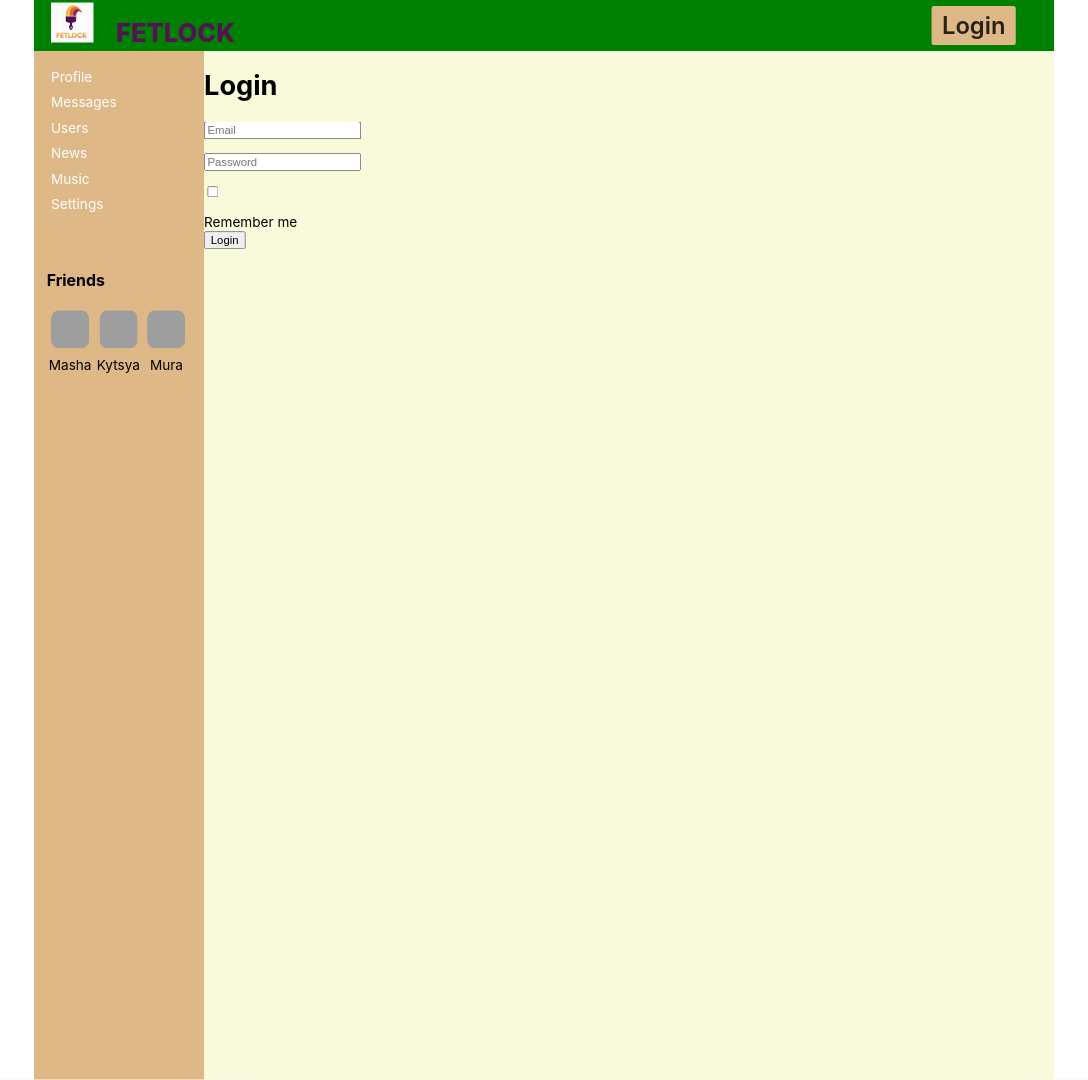
Repository: tetianatsymbal/react-way-of-samurai
Page: /login
The author's editor kept a copy of each file at every save. The page is drawn from the files as they stood at one save, then again after the next save.
The browser window is 1280 px wide. The pictures show the whole page, at 85% of full size.
Pictures or frames that could not be fetched are drawn as grey boxes. The page's requests for data from a server got no answer. The project was rebuilt for these pictures with package versions that can differ from the ones it lists, and the page was loaded fresh each time. No one was signed in, and anything a server would have sent is missing. Also part of the build but not shown: src/hoc/withAuthRedirect.js, src/components/Dialogs/Dialogs.module.css, src/components/Dialogs/DialogItem/DialogItem.module.css, src/components/Dialogs/DialogItem/DialogItem.jsx, src/components/Dialogs/Message/Message.module.css, src/components/Dialogs/Message/Message.jsx, src/components/Dialogs/AddMessageForm/AddMessageForm.module.css, src/components/Dialogs/AddMessageForm/AddMessageForm.jsx and 19 more.

Above is the page before, as saved 2022-08-22 13:38:49.

### src/index.js
import * as serviceWorker from "./serviceWorker";
import store from "./redux/redux-store";
import React from "react";
import ReactDOM from "react-dom";
import "./index.css";
import App from "./App";
import { BrowserRouter } from "react-router-dom";
import { Provider } from "react-redux";

ReactDOM.render(
  <BrowserRouter>
    <Provider store={store}>
      <App/>
    </Provider>
  </BrowserRouter>,
  document.getElementById("root")
);

// If you want your app to work offline and load faster, you can change
// unregister() to register() below. Note this comes with some pitfalls.
// Learn more about service workers: http://bit.ly/CRA-PWA
serviceWorker.unregister();

### src/redux/redux-store.js
import { applyMiddleware, combineReducers, legacy_createStore as createStore } from "redux";
import profileReducer from "./profile-reducer";
import dialogsReducer from "./dialogs-reducer";
import sidebarReducer from "./sidebar-reducer";
import usersReducer from "./users-reducer";
import authReducer from "./auth-reducer";
import thunkMiddleware from "redux-thunk";
import { reducer as formReducer } from 'redux-form';

let reducers = combineReducers({
   profilePage: profileReducer,
   dialogsPage: dialogsReducer,
   sidebar: sidebarReducer,
   usersPage: usersReducer,
   auth: authReducer,
   form: formReducer,
});
let store = createStore(reducers, applyMiddleware(thunkMiddleware));

window.store =store;

export default store;

### src/App.js
import React from "react";
import "./App.css";
import DialogsContainer from "./components/Dialogs/DialogsContainer";
import HeaderContainer from "./components/Header/HeaderContainer";
import Music from "./components/Music/Music";
import Navbar from "./components/Navbar/Navbar";
import News from "./components/News/News";
import Settings from "./components/Settings/Settings";
import SidebarContainer from "./components/Sidebar/SidebarContainer";
import UsersContainer from "./components/Users/UsersContainer";
import { Route, Routes } from "react-router-dom";
import ProfileContainer from "./components/Profile/ProfileContainer";
import LoginPage from "./components/Login/Login";

const App = (props) => {
  return (
    <div className="app-wrapper">
      <HeaderContainer />
      <Navbar />
      <SidebarContainer/>
      <div className="app-wrapper-content">
        <Routes>
          <Route
            path="/dialogs/*"
            element={<DialogsContainer />} />
          <Route
            path="/profile"
            element={<ProfileContainer key={1} />} exact/>
          <Route
            path="/profile/:userId"
            element={<ProfileContainer key={2} />} />
          <Route path="/users/*" element={<UsersContainer />} />
          <Route path="/news/*" element={<News />} />
          <Route path="/music/*" element={<Music />} />
          <Route path="/login/*" element={<LoginPage />} />ы
          <Route path="/settings/*" element={<Settings />} />

        </Routes>
      </div>
    </div>
  );
};

export default App;

### src/redux/profile-reducer.js
import {profileAPI, usersAPI} from '../api/api';

const ADD_POST = "ADD-POST";
const SET_USER_PROFILE = "SET_USER_PROFILE";
const SET_STATUS = "SET_STATUS";

let initialState = {
  posts: [
    { id: 1, message: "Hi! How are you?", likeCount: 12 },
    { id: 2, message: "Hello! It's my first post!", likeCount: 7 },
    { id: 3, message: "Hi! Have a good day!!!", likeCount: 23 },
    { id: 4, message: "Have a good day!!!", likeCount: 190 },
  ],
  profile: null,
  status: "",
};


const profileReducer = (state = initialState, action) => {
  switch (action.type) {
    case ADD_POST:{
      let newPost = {
        id: 5,
        message: action.newPostText,
        likeCount: 0,
      };
      return {
        ...state,
        posts: [...state.posts, newPost],
        newPostText: ""
      };
    }

    case SET_STATUS:{
      return {
        ...state,
        status: action.status,
      };
    }
    case SET_USER_PROFILE:{
      return {
        ...state,
        profile: action.profile,
      };
    }


    default:
      return state;
  }
};

export const addPostActionCreator = (newPostText) => ({type: ADD_POST, newPostText});
export const setUserProfile = (profile) => ({type: SET_USER_PROFILE, profile});
export const setStatus = (status) => ({type: SET_STATUS, status});

export const getUserProfileThunk = (userId) => {
  return (dispatch) => {
    usersAPI.getProfile(userId)
    .then(response => {
      dispatch(setUserProfile(response.data));
    });
  }
};

export const getStatusThunk = (userId) => (dispatch) => {
  profileAPI.getStatus(userId)
  .then(response => {
    dispatch(setStatus(response.data))
  });
}
export const updateStatusThunk = (status) => (dispatch) => {
  profileAPI.updateStatus(status)
  .then(response => {
    if(response.data.resultCode === 0) {
      dispatch(setStatus(status))
    }
  });
}

export default profileReducer;

### src/redux/dialogs-reducer.js
const SEND_MESSAGE = "SEND-MESSAGE";

let initialState = {
  messages: [
    { id: 1, message: "Do you like React?" },
    { id: 2, message: "Everything will be ok!" },
    { id: 3, message: "Hi here! It's new opportunity for you!" },
    { id: 4, message: "Hi! It's for you!" },
  ],
  dialogs: [
    { id: 1, name: "Tanya" },
    { id: 2, name: "Olezhychka" },
    { id: 3, name: "Kytsya" },
    { id: 4, name: "Mura" },
  ]
}
const dialogsReducer = (state = initialState, action) => {
  switch (action.type) {
    case SEND_MESSAGE:
      return {
        ...state,
        messages: [...state.messages, {id: 6, message: action.newMessageBody}]
      };

    default:
      return state;
  }
};

export const sendMessageActionCreator = (newMessageBody) => ({type: SEND_MESSAGE, newMessageBody});

export default dialogsReducer;

### src/redux/sidebar-reducer.js
let initialState = {
  friends: [
    {
      id: 1,
      name: "Masha",
      src:
        "https://i.pinimg.com/564x/69/f7/50/69f7503539aa89c9c116e9ae1b240b57.jpg",
    },
    {
      id: 2,
      name: "Kytsya",
      src:
        "https://i.pinimg.com/564x/10/5e/af/105eaf02df542edc165dca355862c08b.jpg",
    },
    {
      id: 3,
      name: "Mura",
      src:
        "https://i.pinimg.com/564x/a7/8c/b8/a78cb811d0a73b880364de2886ad41c6.jpg",
    }
  ]
};
const sidebarReducer = (state = initialState, action) => {
  return state;
};
export default sidebarReducer;

### src/redux/auth-reducer.js
import { authAPI } from "../../src/api/api"

const SET_USER_DATA = "ADD-SET_USER_DATA";

let initialState = {
  id: null,
  email: null,
  login: null,
  isAuth: false
  // isFetching: false,
};


const authReducer = (state = initialState, action) => {
  switch (action.type) {
    case SET_USER_DATA:{
      return {
        ...state,
        ...action.payload
      }
    }



    default:
      return state;
  }
};

export const setAuthUserData = (id, email, login, isAuth) => ({type: SET_USER_DATA, payload: {id, email, login, isAuth}});

export const getAuthThunk = () => {
  return (dispatch) => {
    authAPI.getAuth()
    .then(data => {
        if (data.resultCode === 0) {
            let {id, email, login} = data.data;
            dispatch(setAuthUserData(id, email, login, true));
        }
    });
  }
};


export const login = (email, password, rememberMe) => {
  return (dispatch) => {
    authAPI.login(email, password, rememberMe)
    .then(data => {
        if (data.resultCode === 0) {
            dispatch(getAuthThunk());
        }
    });
  }
};

export const logout = () => {
  return (dispatch) => {
    authAPI.logout()
    .then(data => {
        if (data.resultCode === 0) {
          dispatch(setAuthUserData(null, null, null, false));
        }
    });
  }
};



export default authReducer;

### src/App.css
.app-wrapper {
  margin: 0 auto;
  display: grid;
  width: 1200px;
  grid-template-areas:
  "h h"
  "n c"
  "s c";

   grid-template-rows: 60px 2fr 9fr;
    grid-template-columns: 2fr 10fr;
    /* grid-gap: 10px; */

}
.nav {
  grid-area: n;
  background-color: burlywood;
}
.app-wrapper-content {
  grid-area: c;
  background-color: rgb(248, 250, 218);
}
.sidebar {
  grid-area: s;
}

### src/components/Dialogs/DialogsContainer.jsx
import React from 'react';
import { connect } from "react-redux";
import { compose } from 'redux';
import { withAuthRedirect } from "../../hoc/withAuthRedirect";
import {sendMessageActionCreator} from "../../redux/dialogs-reducer";
import Dialogs from "./Dialogs";

let mapStateToProps = (state) => {
  return {
    dialogsPage: state.dialogsPage
  }
}

let mapDispatchToProps = (dispatch) => {
  return {
    sendMessage: (newMessageBody) => {
      dispatch(sendMessageActionCreator(newMessageBody));
    }
  }
}

// let AuthRedirectComponent = withAuthRedirect(Dialogs);

// const DialogsContainer = connect(mapStateToProps, mapDispatchToProps)(AuthRedirectComponent);

export default compose(
  connect(mapStateToProps, mapDispatchToProps),
  withAuthRedirect
)(Dialogs);
// check maybe should be DialogsContainer in () 32 row

### src/components/Header/HeaderContainer.jsx
import React from 'react';
import Header from './Header';
import { connect } from 'react-redux';
import { getAuthThunk, logout } from '../../redux/auth-reducer';


class HeaderContainer extends React.Component {

    componentDidMount(){
        this.props.getAuthThunk();

    }
    render() {
        return <Header {...this.props}/>
    }
}

const mapStateToProps = (state) => {
    return {
        isAuth: state.auth.isAuth,
        login: state.auth.login
    }
};

export default connect(mapStateToProps, {getAuthThunk, logout})(HeaderContainer);

### src/components/Navbar/Navbar.jsx
import React from 'react';
import s from './Navbar.module.css';
import { NavLink } from 'react-router-dom';

const Navbar = () => {
    return <nav className={s.nav}>
        <div className={s.item}>
            <NavLink to="/profile" className = { navData => navData.isActive ? s.active : s.item }>Profile</NavLink>
        </div>
        <div className={`${s.item} ${s.active}`}>
            <NavLink to="/dialogs" className = { navData => navData.isActive ? s.active : s.item }>Messages</NavLink>
        </div>
        <div className={s.item}>
            <NavLink to="/users" className = { usersData => usersData.isActive ? s.active : s.item }>Users</NavLink>
        </div>
        <div className={s.item}>
            <NavLink to="/news" className = { navData => navData.isActive ? s.active : s.item }>News</NavLink>
        </div>
        <div className={s.item}>
            <NavLink to="/music" className = { navData => navData.isActive ? s.active : s.item }>Music</NavLink>
        </div>
        <div className={s.item}>
            <NavLink to="/settings" className = { navData => navData.isActive ? s.active : s.item }>Settings</NavLink>
        </div>
    </nav>
}

export default Navbar;

### src/components/Sidebar/SidebarContainer.jsx
import {connect} from "react-redux";
import Sidebar from "./Sidebar"

const mapStateToProps = (state) => {
  return {
    sidebar: state.sidebar,
  }
};
// const mapDispatchToProps = (dispatch) => {
//   return {
//     null
//   }
// };

const SidebarContainer = connect(mapStateToProps, null)(Sidebar)

export default SidebarContainer;

### src/components/Login/Login.jsx
import React from "react";
import { connect } from "react-redux";
import { Field, reduxForm } from "redux-form";
import { required } from "../../utils/validators/validator";
import { Input } from "../common/FormsControls/FormsControls";
import { login } from "../../redux/auth-reducer";
import { Navigate } from "react-router-dom";

const LoginForm = (props) => {
  return (
   <form onSubmit={props.handleSubmit}>
      <div>
         <Field placeholder={"Email"} name={"email"} component={Input} validate={[required]}/>
      </div>
      <div>
         <Field placeholder={"Password"} name={"password"} component={Input} validate={[required]} type="password"/>
      </div>
      <div>
         <Field name={"rememberMe"} type={"checkbox"} component={Input} /> <span>Remember me</span>
      </div>
      <div>
         <button>Login</button>
      </div>
   </form>

  );
};
const LoginReduxForm = reduxForm ({form: 'login'})(LoginForm);

const Login = (props) => {
   const onSubmit = (formData) =>{
      props.login(formData.email, formData.password, formData.rememberMe);
   }
   if (props.isAuth) {
      return <Navigate to= {"/profile"}></Navigate>
   }
   return (
     <div>
       <h1>Login</h1>
      <LoginReduxForm onSubmit={onSubmit}/>
     </div>
   );
 };
 const mapStateToProps = (state) =>({
   isAuth: state.auth.isAuth
 })
export default connect(mapStateToProps, {login })(Login);

### src/api/api.js
import * as axios from "axios";

const axiosInstance = axios.create({
  baseURL: `https://social-network.samuraijs.com/api/1.0/`,
  withCredentials: true,
  headers: { "API-KEY": "8ac57bdd-335d-4484-97e6-aa82dc13f9bd" },
});

export const usersAPI = {
  getUsers(currentPage, pageSize) {
   return (
    axiosInstance.get(`users?page=${currentPage}&count=${pageSize}`)
     .then (response => response.data)
   );
  },
  deleteFollowing(userId) {
    return (
     axiosInstance.delete(`follow/${userId}`)
     .then (response => response.data)
    );
  },
  doFollowing(userId) {
    return (
     axiosInstance.post(`follow/${userId}`, {})
     .then (response => response.data)
    );
  },

  getProfile(userId) {
    console.warn("Obsolete method. Please use authAPI object");
    return profileAPI.getProfile(userId);
   },
};

export const profileAPI = {
  getProfile(userId) {
    return (
      axiosInstance.get(`profile/` + userId)
    );
  },
  getStatus(userId){
    return(
      axiosInstance.get(`profile/status/` + userId)
    );
  },
  updateStatus(status){
    return(
      axiosInstance.put(`profile/status`, {status: status})
    );
  },
};


export const authAPI = {
  getAuth() {
    return (
     axiosInstance.get(`auth/me`)
     .then (response => response.data)
    );
  },
  login(email, password, rememberMe = false) {
    return (
    axiosInstance.post(`auth/login`, {email, password, rememberMe})
    .then (response => response.data)
    );
  },
  logout() {
    return (
    axiosInstance.delete(`auth/login`)
    .then (response => response.data)
    );
  }
}

### src/components/Header/Header.jsx
import React from "react";
import s from "./Header.module.css";
import logo from "../../assets/logo.jpg";

const Header = (props) => {
  return (
    <header className={s.header}>
      <div className={s.label}>
        <img src={logo} />
        <span className={s.socialName}> FETLOCK </span>
      </div>
      <div className={s.loginBlock}>
      { props.isAuth
      ? <div> {props.login}  - <button onClick={props.logout}>Log out</button></div>
      : <a href="/login">Login</a> }
      </div>
    </header>
  );
};

export default Header;

### src/components/Navbar/Navbar.module.css

.nav {
  grid-area: n;
  background-color: burlywood;
  padding: 20px;
}
.item {
  color: white;
  text-decoration: none;
  margin-bottom: 10px;
}
.active {
  color: green;
  text-decoration: none;
}

### src/components/Sidebar/Sidebar.jsx
import React from "react";
import s from "./Sidebar.module.css";
import { NavLink } from "react-router-dom";

const Sidebar = (props) => {
  let path = "/dialogs/" + props.sidebar.friends.id;
  let friendsElements = props.sidebar.friends.map((f) => (
    <NavLink to={path}>
      <div className={s.friend}>
        <div>
          <img className={s.friendImg} src={f.src} />
        </div>
        <div>{f.name}</div>
      </div>
    </NavLink>
  ));

  return (
    <div className={s.sidebar}>
      <h3>Friends</h3>
      <div className={s.friends}>
        {friendsElements}
        <div />
      </div>
    </div>
  );
};

export default Sidebar;

### src/utils/validators/validator.js
export const required = (value) => {
 if (value) return undefined;
 return "Field is required";
}

export const maxLengthCreator = (maxLength) => (value) => {
 if (value.length > maxLength) {
   return `Max length is ${maxLength} symbols`;
  } return undefined;
}

### src/components/common/FormsControls/FormsControls.js
import React from "react";
import style from "./FormsControls.module.css";

export const FormControl = ({input, meta, ...props}) => {
   const hasError = meta.touched && meta.error;
   return (
      <div className={style.formControl + " " + (hasError? style.error : "")}>
         { hasError && <span>{meta.error}</span> }
         <div>
            {props.children}
         </div>
      </div>
   )
}
export const Textarea = (props) => {
   const {input, meta, ...restProps} = props;
   return <FormControl {...props}><textarea {...input} {...restProps}/></FormControl>

}
export const Input = (props) => {
   const {input, meta, ...restProps} = props;
   return <FormControl {...props}><input {...input} {...restProps}/></FormControl>
}

### src/components/Header/Header.module.css
.header {
  grid-area: h;
  background-color: green;
  display: flex;
  justify-content: space-between;
  align-items: center;
}
.header img {
  width: 50px;
  margin: 0 20px;
}
.socialName{
  color: #541256;
  font-size: 30px;
  font-weight: 800;
  text-transform: uppercase;
  text-align: center;
}
.loginBlock {
  align-items: center;
  margin-right: 45px;
  color: blanchedalmond;
  font-size: 28px;
  font-weight: 600;
}
.loginBlock a {
  background-color: burlywood;
  color: #272118;
  border-radius: 3px;
  text-decoration: none;
  padding: 6px 12px;
  text-transform: all 500ms ease;
}
.loginBlock:hover a {
  background-color: #dba058;
}

### src/components/Sidebar/Sidebar.module.css
.sidebar {
  background-color: burlywood;
  padding: 20px 15px;
}
.friends {
 display: flex;
 flex-direction: row;
 justify-content: space-between;
}
.friends a {
  display: block;
  align-items: center;
  text-align: center;
  text-decoration: none;
  color: black;
}
.friendImg{
  width: 45px;
  height: 45px;
  border-radius: 10px;
  margin: 5px;
}
.friend {
}

### src/components/common/FormsControls/FormsControls.module.css
.formControl{
margin-bottom: 15px;
}

.formControl.error input,
.formControl.error textarea {
   border: solid red 2px;
   margin-top: 10px;
}
.formControl.error span {
   color: red;
}
.formSummaryError{
   width: 30%;
   border: 1px solid tomato;
   background-color: cornsilk;
   color: indianred;
   font-size: 22px;
   text-align: center;
}

Loaded but not shown: public/index.html (common file); src/serviceWorker.js (common file); src/index.css (common file); src/redux/users-reducer.js (186 lines, source omitted); src/components/Music/Music.module.css (no stored copy; drawn as an empty file); src/components/Profile/Profile.module.css (no stored copy; drawn as an empty file); src/components/Settings/Settings.module.css (no stored copy; drawn as an empty file)

After the next save:
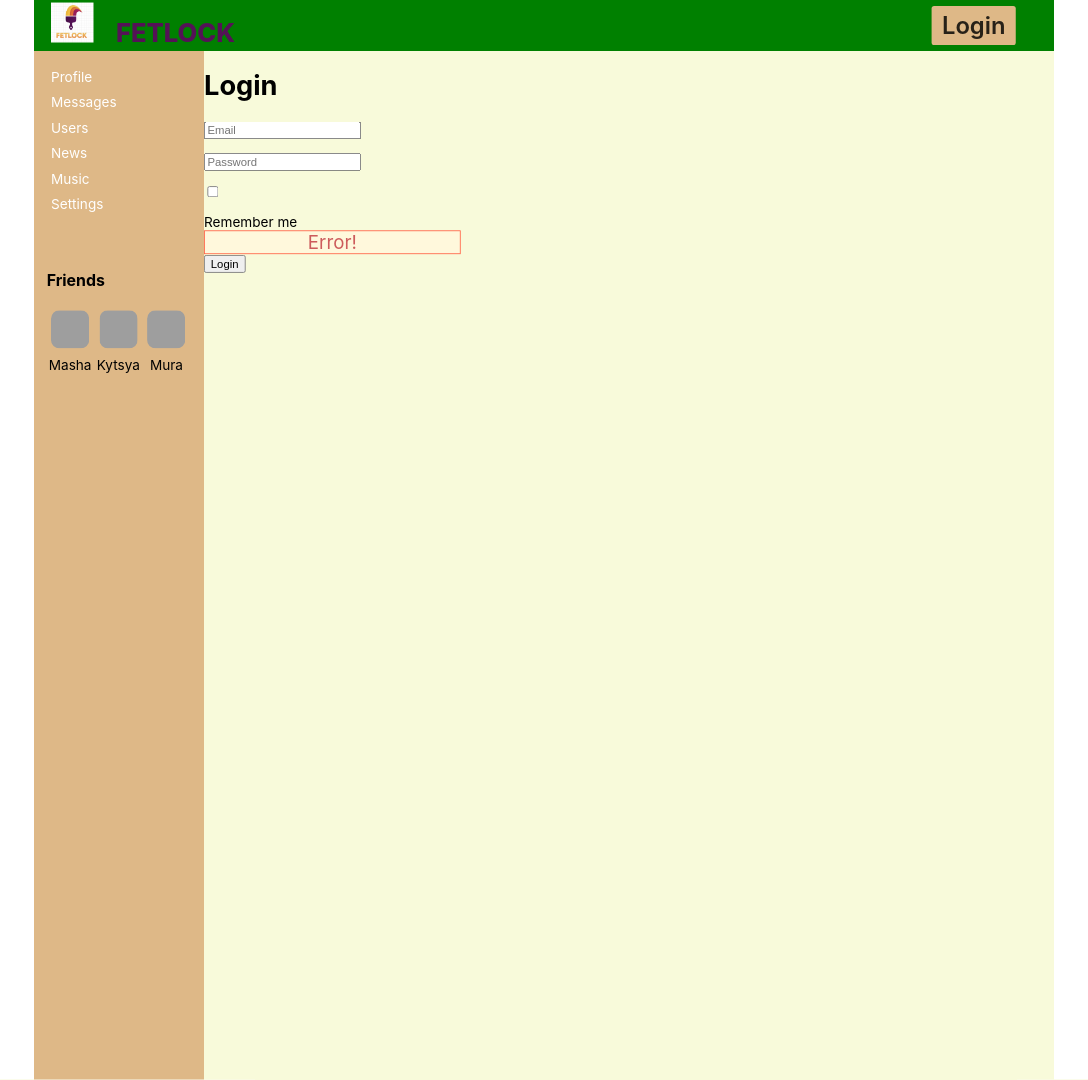
Saved 3 s later.
--- a/src/components/Login/Login.jsx
+++ b/src/components/Login/Login.jsx
@@ -5,6 +5,7 @@ import { required } from "../../utils/validators/validator";
 import { Input } from "../common/FormsControls/FormsControls";
 import { login } from "../../redux/auth-reducer";
 import { Navigate } from "react-router-dom";
+import style from "./../common/FormsControls/FormsControls.module.css"
 
 const LoginForm = (props) => {
   return (
@@ -18,6 +19,7 @@ const LoginForm = (props) => {
       <div>
          <Field name={"rememberMe"} type={"checkbox"} component={Input} /> <span>Remember me</span>
       </div>
+      <div className={style.formSummaryError}>Error!</div>
       <div>
          <button>Login</button>
       </div>
